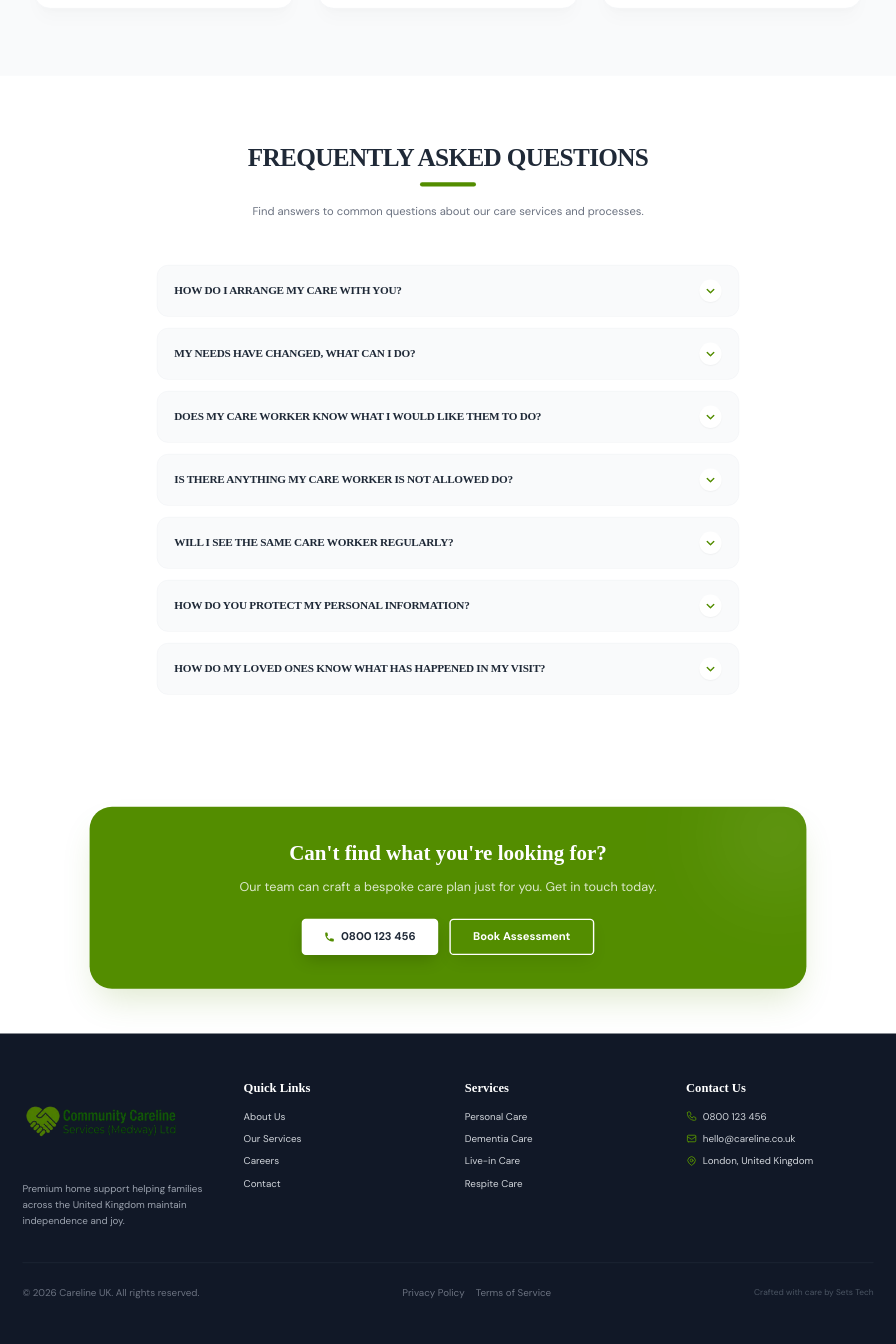
Repository: Iqbalhossen07/care
Page: http://localhost/about.php
An editor plug-in stored every save of this project. The page is shown before and after the next save, followed by the edit.
The browser window is 1280 px wide. The pictures show the part of the page from y = 1509 to 3429 px (the page is 3429 px tall), at 70% of full size.
Some web fonts or font styles are not loaded; a fallback is used. Some web libraries are served in a nearby version. The page is run by PHP 8.4 with error messages shown; the project is at /var/www/html/.

Above is the page before, as saved 2026-02-28 07:45:47.

### about.php
<?php include('head.php') ?>

<body class="font-body text-gray-600 antialiased bg-white">
    <?php include('header.php') ?>

    <section class="relative h-[250px] flex items-center overflow-hidden bg-darkText">
        <div class="absolute inset-0 z-0">
            <img src="https://images.unsplash.com/photo-1516706562779-ad3fd557341b?auto=format&fit=crop&w=1500&q=80"
                class="w-full h-full object-cover opacity-30" alt="About Careline">
            <div class="absolute inset-0 bg-gradient-to-r from-darkText via-darkText/90 to-transparent"></div>
        </div>

        <div class="max-w-7xl mx-auto px-6 lg:px-12 relative z-10 w-full">
            <nav class="flex mb-4 text-sm font-medium">
                <ol class="inline-flex items-center space-x-2">
                    <li><a href="index.php" class="text-gray-400 hover:text-brand transition-colors">Home</a></li>
                    <li class="text-gray-600">/</li>
                    <li class="text-brand font-bold uppercase tracking-widest text-[11px] md:text-sm">About Us</li>
                </ol>
            </nav>
            <h1 class="font-heading text-4xl md:text-5xl font-bold text-white mb-2 tracking-tight">Our Mission & Heart
            </h1>
            <p class="text-gray-300 text-lg max-w-2xl">Dedicated to providing compassionate care in the comfort of your
                home.</p>
        </div>
    </section>

    <section class="py-24 bg-white overflow-hidden">
        <div class="max-w-7xl mx-auto px-6 lg:px-12">
            <div class="grid lg:grid-cols-2 gap-16 items-center">
                <div class="relative group">
                    <div
                        class="relative rounded-[2.5rem] overflow-hidden border-8 border-white shadow-[0_25px_60px_-15px_rgba(0,0,0,0.2)] z-10">
                        <img src="https://images.unsplash.com/photo-1576765608535-5f04d1e3f289?auto=format&fit=crop&w=1000&q=80"
                            alt="Caregiving"
                            class="w-full h-[500px] object-cover transition-transform duration-700 group-hover:scale-105">
                    </div>
                    <div class="absolute -bottom-6 -left-6 w-40 h-40 bg-brand/10 rounded-full blur-3xl -z-0"></div>
                </div>

                <div class="space-y-8">
                    <div>
                        <h2
                            class="font-heading text-3xl md:text-4xl font-bold text-darkText mb-6 uppercase tracking-tight">
                            Caring is not just our job, <br><span class="text-brand italic">it's our passion.</span>
                        </h2>
                        <div class="w-20 h-1.5 bg-brand rounded-full mb-8"></div>
                        <p class="text-lg leading-relaxed text-gray-600 mb-6">
                            Community Careline was founded with a simple yet powerful vision: to treat every client like
                            our own family. We believe that everyone deserves to age with dignity, surrounded by love
                            and professional support.
                        </p>
                        <p class="text-lg leading-relaxed text-gray-600">
                            Based in Kent, we have grown into a trusted home care provider, known for our rigorous staff
                            selection and personalized care plans that meet the unique needs of every individual.
                        </p>
                    </div>
                    <div class="flex flex-wrap gap-8">
                        <div>
                            <p class="text-4xl font-bold text-darkText">10+</p>
                            <p class="text-xs font-bold text-brand uppercase tracking-widest mt-1">Years Experience</p>
                        </div>
                        <div>
                            <p class="text-4xl font-bold text-darkText">500+</p>
                            <p class="text-xs font-bold text-brand uppercase tracking-widest mt-1">Happy Families</p>
                        </div>
                        <div>
                            <p class="text-4xl font-bold text-darkText">100%</p>
                            <p class="text-xs font-bold text-brand uppercase tracking-widest mt-1">DBS Checked</p>
                        </div>
                    </div>
                </div>
            </div>
        </div>
    </section>

    <section class="py-24 bg-lightBg">
        <div class="max-w-7xl mx-auto px-6 lg:px-12 text-center">
            <h2 class="font-heading text-3xl md:text-4xl font-bold text-darkText mb-16">The Values We Live By</h2>

            <div class="grid md:grid-cols-3 gap-8">
                <div
                    class="bg-white p-10 rounded-3xl border border-gray-100 shadow-xl shadow-black/[0.02] hover:-translate-y-2 transition-all duration-300">
                    <div
                        class="w-16 h-16 bg-brand/10 rounded-2xl flex items-center justify-center text-brand mx-auto mb-6">
                        <svg class="w-8 h-8" fill="none" stroke="currentColor" viewBox="0 0 24 24">
                            <path stroke-linecap="round" stroke-linejoin="round" stroke-width="2"
                                d="M4.318 6.318a4.5 4.5 0 000 6.364L12 20.364l7.682-7.682a4.5 4.5 0 00-6.364-6.364L12 7.636l-1.318-1.318a4.5 4.5 0 00-6.364 0z">
                            </path>
                        </svg>
                    </div>
                    <h4 class="font-bold text-xl text-darkText mb-4">Compassion</h4>
                    <p class="text-sm leading-relaxed text-gray-500">We care with empathy and heart, ensuring our
                        clients feel loved and respected every day.</p>
                </div>

                <div
                    class="bg-white p-10 rounded-3xl border border-gray-100 shadow-xl shadow-black/[0.02] hover:-translate-y-2 transition-all duration-300">
                    <div
                        class="w-16 h-16 bg-brand/10 rounded-2xl flex items-center justify-center text-brand mx-auto mb-6">
                        <svg class="w-8 h-8" fill="none" stroke="currentColor" viewBox="0 0 24 24">
                            <path stroke-linecap="round" stroke-linejoin="round" stroke-width="2"
                                d="M9 12l2 2 4-4m5.618-4.016A11.955 11.955 0 0112 2.944a11.955 11.955 0 01-8.618 3.04A12.02 12.02 0 003 9c0 5.591 3.824 10.29 9 11.622 5.176-1.332 9-6.03 9-11.622 0-1.042-.133-2.052-.382-3.016z">
                            </path>
                        </svg>
                    </div>
                    <h4 class="font-bold text-xl text-darkText mb-4">Integrity</h4>
                    <p class="text-sm leading-relaxed text-gray-500">Fully CQC registered and transparent in our
                        operations, providing safety and peace of mind.</p>
                </div>

                <div
                    class="bg-white p-10 rounded-3xl border border-gray-100 shadow-xl shadow-black/[0.02] hover:-translate-y-2 transition-all duration-300">
                    <div
                        class="w-16 h-16 bg-brand/10 rounded-2xl flex items-center justify-center text-brand mx-auto mb-6">
                        <svg class="w-8 h-8" fill="none" stroke="currentColor" viewBox="0 0 24 24">
                            <path stroke-linecap="round" stroke-linejoin="round" stroke-width="2"
                                d="M13 10V3L4 14h7v7l9-11h-7z"></path>
                        </svg>
                    </div>
                    <h4 class="font-bold text-xl text-darkText mb-4">Excellence</h4>
                    <p class="text-sm leading-relaxed text-gray-500">We constantly train our staff to stay at the
                        forefront of healthcare standards and techniques.</p>
                </div>
            </div>
        </div>
    </section>

    <section class="py-24 bg-white">
        <div class="max-w-4xl mx-auto px-6 lg:px-8">
            <div class="text-center mb-16">
                <h2 class="font-heading text-3xl md:text-4xl font-bold text-darkText mb-4 uppercase tracking-tight">
                    Frequently Asked Questions</h2>
                <div class="w-20 h-1.5 bg-brand rounded-full mx-auto"></div>
                <p class="mt-6 text-gray-500">Find answers to common questions about our care services and processes.
                </p>
            </div>

            <div class="space-y-4">

                <?php
                $faqs = [
                    [
                        "q" => "HOW DO I ARRANGE MY CARE WITH YOU?",
                        "a" => "Deciding that you need support is an incredibly big step for you and your loved ones. You can ring us directly on <span class='text-brand font-bold'>01634 853187</span> where we can have a chat about what you would like from us, email us at <span class='text-brand font-bold'>info@communitycareline.uk</span> or complete the enquiry form in the “Contact Us” section on this web site and we will get back to you as soon as we can and answer all of your questions."
                    ],
                    [
                        "q" => "MY NEEDS HAVE CHANGED, WHAT CAN I DO?",
                        "a" => "Your care plan is completely about you, your needs, goals you may have and we understand your needs may change. Regular reviews are completed with you, but you can tell us at any time if you feel that your care package needs updating. A member of the team will come and visit you and put together your new plan."
                    ],
                    [
                        "q" => "DOES MY CARE WORKER KNOW WHAT I WOULD LIKE THEM TO DO?",
                        "a" => "Community Careline Services (Medway) Ltd ensure that your care package focuses on your individual needs and preferences. Care Workers will have access to the care plan that you have agreed to via the app they use. Their training tells them that they must adhere to your planned care and if there are changes that are needed they will inform the Senior Care Workers."
                    ],
                    [
                        "q" => "IS THERE ANYTHING MY CARE WORKER IS NOT ALLOWED DO?",
                        "a" => "Care Workers cannot and will not make decisions for you or tell you what you need or what needs to be done. Everything that you have agreed in your plan of care is what they will help you with. During your initial assessment you will be advised if there is something that cannot be done by one of our Care Workers and alternatives can be offered."
                    ],
                    [
                        "q" => "WILL I SEE THE SAME CARE WORKER REGULARLY?",
                        "a" => "Building trusted relationships are a vital part to delivering you the care that will make a difference to you. We will do our very best to deliver continuity in your care which means having a regular set of Care Workers."
                    ],
                    [
                        "q" => "HOW DO YOU PROTECT MY PERSONAL INFORMATION?",
                        "a" => "Community Careline Services (Medway) Ltd adheres to GDPR regulations and the NHS Data Protection Toolkit, your personal information is kept securely and only those who need this information will have access to it. All our systems meet GDPR requirements when it comes to security."
                    ],
                    [
                        "q" => "HOW DO MY LOVED ONES KNOW WHAT HAS HAPPENED IN MY VISIT?",
                        "a" => "Technology plays a large part in what we do. The system we use has a <span class='font-bold text-darkText'>Friends and Family Portal</span> designed to let your loved ones see when your care visit has taken place, what the Care Worker did and any important information. You can be invited to log into this platform by providing your email address with consent from the client themselves."
                    ]
                ];

                foreach ($faqs as $index => $faq):
                ?>
                <div
                    class="faq-item border border-gray-100 rounded-2xl bg-lightBg overflow-hidden transition-all duration-300">
                    <button class="faq-btn w-full px-6 py-5 flex items-center justify-between text-left group">
                        <span
                            class="font-heading font-bold text-darkText text-sm md:text-base pr-4 group-hover:text-brand transition-colors uppercase tracking-tight">
                            <?php echo $faq['q']; ?>
                        </span>
                        <span
                            class="faq-icon w-8 h-8 rounded-full bg-white flex items-center justify-center text-brand shadow-sm transition-transform duration-300">
                            <svg class="w-4 h-4" fill="none" stroke="currentColor" viewBox="0 0 24 24">
                                <path stroke-linecap="round" stroke-linejoin="round" stroke-width="3"
                                    d="M19 9l-7 7-7-7"></path>
                            </svg>
                        </span>
                    </button>
                    <div class="faq-answer max-h-0 overflow-hidden transition-all duration-300 ease-in-out bg-white">
                        <div
                            class="px-6 py-5 text-gray-500 text-sm md:text-base leading-relaxed border-t border-gray-50">
                            <?php echo $faq['a']; ?>
                        </div>
                    </div>
                </div>
                <?php endforeach; ?>

            </div>
        </div>
    </section>



    <?php include('cta.php') ?>

    <?php include('footer.php') ?>

    <script src="main.js"></script>
</body>

</html>

### head.php
<!DOCTYPE html>
<html lang="en" class="scroll-smooth">

<head>
    <meta charset="UTF-8">
    <meta name="viewport" content="width=device-width, initial-scale=1.0">
    <title>Careline | Premium UK Home Support</title>
    <link
        href="https://fonts.googleapis.com/css2?family=DM+Sans:wght@400;500;700&family=PT+Serif:ital,wght@0,400;0,700;1,400&display=swap"
        rel="stylesheet">
    <script src="https://cdn.tailwindcss.com"></script>
    <script>
    tailwind.config = {
        theme: {
            extend: {
                colors: {
                    brand: '#538d00',
                    brandDark: '#7ab81f',
                    darkText: '#1f2937',
                    lightBg: '#f9fafb'
                },
                fontFamily: {
                    heading: ['"PT Serif"', 'serif'],
                    body: ['"DM Sans"', 'sans-serif'],
                }
            }
        }
    }
    </script>

    <link rel="stylesheet" href="style.css?v=<?= time(); ?>">
</head>

### cta.php
 <section class="py-16 bg-white px-6">
        <div
            class="max-w-5xl mx-auto bg-brand p-8 md:p-12 rounded-[2rem] shadow-2xl shadow-brand/20 relative overflow-hidden">

            <div class="absolute -top-10 -right-10 w-40 h-40 bg-white/10 rounded-full blur-3xl"></div>

            <div class="max-w-2xl mx-auto text-center relative z-10">
                <h2 class="font-heading text-2xl md:text-3xl font-bold text-white mb-4">
                    Can't find what you're looking for?
                </h2>
                <p class="text-white/80 text-base md:text-lg mb-8">
                    Our team can craft a bespoke care plan just for you. Get in touch today.
                </p>

                <div class="flex flex-row justify-center gap-3 md:gap-4">
                    <a href="tel:0800123456"
                        class="flex-1 sm:flex-none bg-white text-darkText px-4 sm:px-8 py-3 rounded-md font-bold text-xs sm:text-base hover:bg-gray-50 transition-all shadow-[0_10px_25px_-5px_rgba(0,0,0,0.2)] hover:shadow-[0_15px_30px_-5px_rgba(0,0,0,0.3)] transform hover:-translate-y-1 duration-300 flex items-center justify-center gap-2">
                        <svg class="w-3 h-3 sm:w-4 sm:h-4 text-brand" fill="currentColor" viewBox="0 0 20 20">
                            <path
                                d="M2 3a1 1 0 011-1h2.153a1 1 0 01.986.836l.74 4.435a1 1 0 01-.54 1.06l-1.548.773a11.037 11.037 0 005.454 5.454l.774-1.548a1 1 0 011.06-.54l4.435.74a1 1 0 01.836.986V17a1 1 0 01-1 1h-2C7.82 18 2 12.18 2 5V3z">
                            </path>
                        </svg>
                        <span class="whitespace-nowrap">0800 123 456</span>
                    </a>

                    <a href="contact.php"
                        class="flex-1 sm:flex-none border-2 border-white text-white px-4 sm:px-8 py-3 rounded-md font-bold text-xs sm:text-base hover:bg-white hover:text-brand transition-all shadow-[0_10px_25px_-5px_rgba(0,0,0,0.1)] hover:shadow-[0_15px_30px_-5px_rgba(0,0,0,0.2)] transform hover:-translate-y-1 duration-300 flex items-center justify-center">
                        <span class="whitespace-nowrap">Book Assessment</span>
                    </a>
                </div>
            </div>
        </div>
    </section>

### footer.php
  <footer class="bg-[#111827] text-gray-300 py-16">
      <div class="max-w-7xl mx-auto px-6 lg:px-8">
          <div class="grid grid-cols-1 md:grid-cols-4 gap-12 border-b border-gray-800 pb-12 mb-8">
              <div class="col-span-1 md:col-span-1 flex flex-col items-start">
                  <a href="index.php" class="group inline-flex items-center mb-6">
                      <div class="w-48 md:w-56 h-auto transition-transform duration-300 group-hover:scale-105">
                          <img src="img/logo.png" alt="Community Careline Services (Medway) Ltd"
                              class="w-full h-full object-contain">
                      </div>
                  </a>

                  <p class="text-sm text-gray-400 leading-relaxed max-w-xs">
                      Premium home support helping families across the United Kingdom maintain independence and joy.
                  </p>
              </div>

              <div>
                  <h4 class="text-white font-bold font-heading mb-4 text-lg">Quick Links</h4>
                  <ul class="space-y-3 text-sm">
                      <li><a href="#about" class="hover:text-brand transition-colors">About Us</a></li>
                      <li><a href="#services" class="hover:text-brand transition-colors">Our Services</a></li>
                      <li><a href="#" class="hover:text-brand transition-colors">Careers</a></li>
                      <li><a href="#" class="hover:text-brand transition-colors">Contact</a></li>
                  </ul>
              </div>

              <div>
                  <h4 class="text-white font-bold font-heading mb-4 text-lg">Services</h4>
                  <ul class="space-y-3 text-sm">
                      <li><a href="#" class="hover:text-brand transition-colors">Personal Care</a></li>
                      <li><a href="#" class="hover:text-brand transition-colors">Dementia Care</a></li>
                      <li><a href="#" class="hover:text-brand transition-colors">Live-in Care</a></li>
                      <li><a href="#" class="hover:text-brand transition-colors">Respite Care</a></li>
                  </ul>
              </div>

              <div>
                  <h4 class="text-white font-bold font-heading mb-4 text-lg">Contact Us</h4>
                  <ul class="space-y-3 text-sm">
                      <li class="flex items-center gap-2"><svg class="w-4 h-4 text-brand" fill="none"
                              stroke="currentColor" viewBox="0 0 24 24">
                              <path stroke-linecap="round" stroke-linejoin="round" stroke-width="2"
                                  d="M3 5a2 2 0 012-2h3.28a1 1 0 01.948.684l1.498 4.493a1 1 0 01-.502 1.21l-2.257 1.13a11.042 11.042 0 005.516 5.516l1.13-2.257a1 1 0 011.21-.502l4.493 1.498a1 1 0 01.684.949V19a2 2 0 01-2 2h-1C9.716 21 3 14.284 3 6V5z" />
                          </svg> 0800 123 456</li>
                      <li class="flex items-center gap-2"><svg class="w-4 h-4 text-brand" fill="none"
                              stroke="currentColor" viewBox="0 0 24 24">
                              <path stroke-linecap="round" stroke-linejoin="round" stroke-width="2"
                                  d="M3 8l7.89 5.26a2 2 0 002.22 0L21 8M5 19h14a2 2 0 002-2V7a2 2 0 00-2-2H5a2 2 0 00-2 2v10a2 2 0 002 2z" />
                          </svg> hello@careline.co.uk</li>
                      <li class="flex items-center gap-2"><svg class="w-4 h-4 text-brand" fill="none"
                              stroke="currentColor" viewBox="0 0 24 24">
                              <path stroke-linecap="round" stroke-linejoin="round" stroke-width="2"
                                  d="M17.657 16.657L13.414 20.9a1.998 1.998 0 01-2.827 0l-4.244-4.243a8 8 0 1111.314 0z" />
                              <path stroke-linecap="round" stroke-linejoin="round" stroke-width="2"
                                  d="M15 11a3 3 0 11-6 0 3 3 0 016 0z" />
                          </svg> London, United Kingdom</li>
                  </ul>
              </div>
          </div>

          <div class="flex flex-col md:flex-row justify-between items-center text-sm text-gray-500">
              <p>&copy; 2026 Careline UK. All rights reserved.</p>
              <div class="flex space-x-4 mt-4 md:mt-0">
                  <a href="#" class="hover:text-white transition-colors">Privacy Policy</a>
                  <a href="#" class="hover:text-white transition-colors">Terms of Service</a>
              </div>
              <p class="text-xs text-gray-600 mt-4 md:mt-0">Crafted with care by Sets Tech</p>
          </div>
      </div>
  </footer>

### style.css
@keyframes scroll-left {
  0% {
    transform: translateX(0);
  }

  100% {
    transform: translateX(-50%);
  }
}

.animate-marquee {
  display: flex;
  width: max-content;
  animation: scroll-left 60s linear infinite;
}

.animate-marquee:hover {
  animation-play-state: paused;
  /* Pause on hover so users can read */
}

.description {
  display: -webkit-box;
  -webkit-line-clamp: 2; /* কয় লাইন দেখাবে */
  -webkit-box-orient: vertical;
  overflow: hidden; /* এটি না থাকলে বাকি লেখাগুলো নিচে দেখা যাবে */
}

Loaded but not shown: main.js (163 lines, source omitted); header.php (55 lines, source omitted)

After the next save:
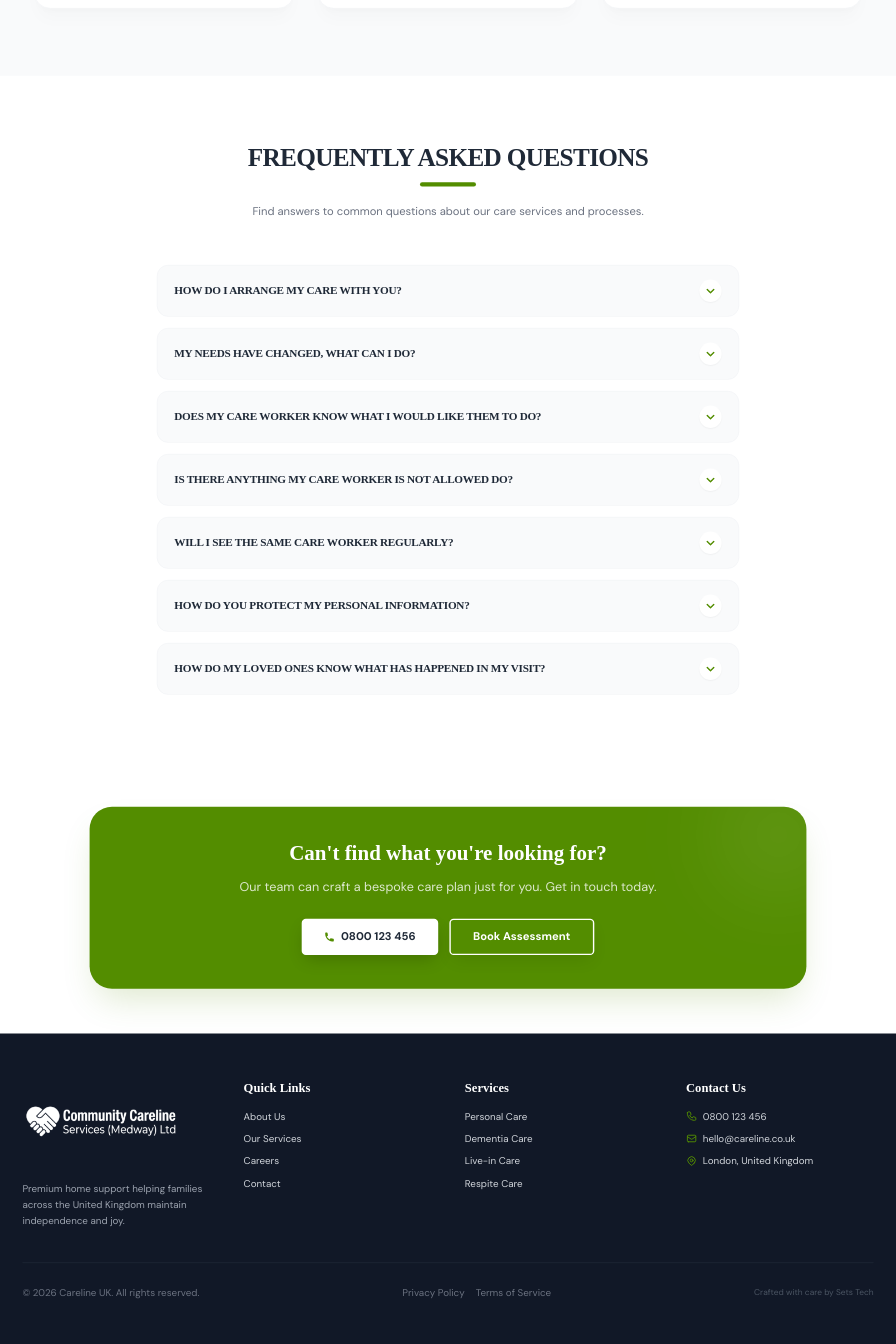
Saved 49 s later.
--- a/footer.php
+++ b/footer.php
@@ -5,7 +5,7 @@
                   <a href="index.php" class="group inline-flex items-center mb-6">
                       <div class="w-48 md:w-56 h-auto transition-transform duration-300 group-hover:scale-105">
                           <img src="img/logo.png" alt="Community Careline Services (Medway) Ltd"
-                              class="w-full h-full object-contain">
+                              class="w-full h-full object-contain brightness-0 invert">
                       </div>
                   </a>
 
